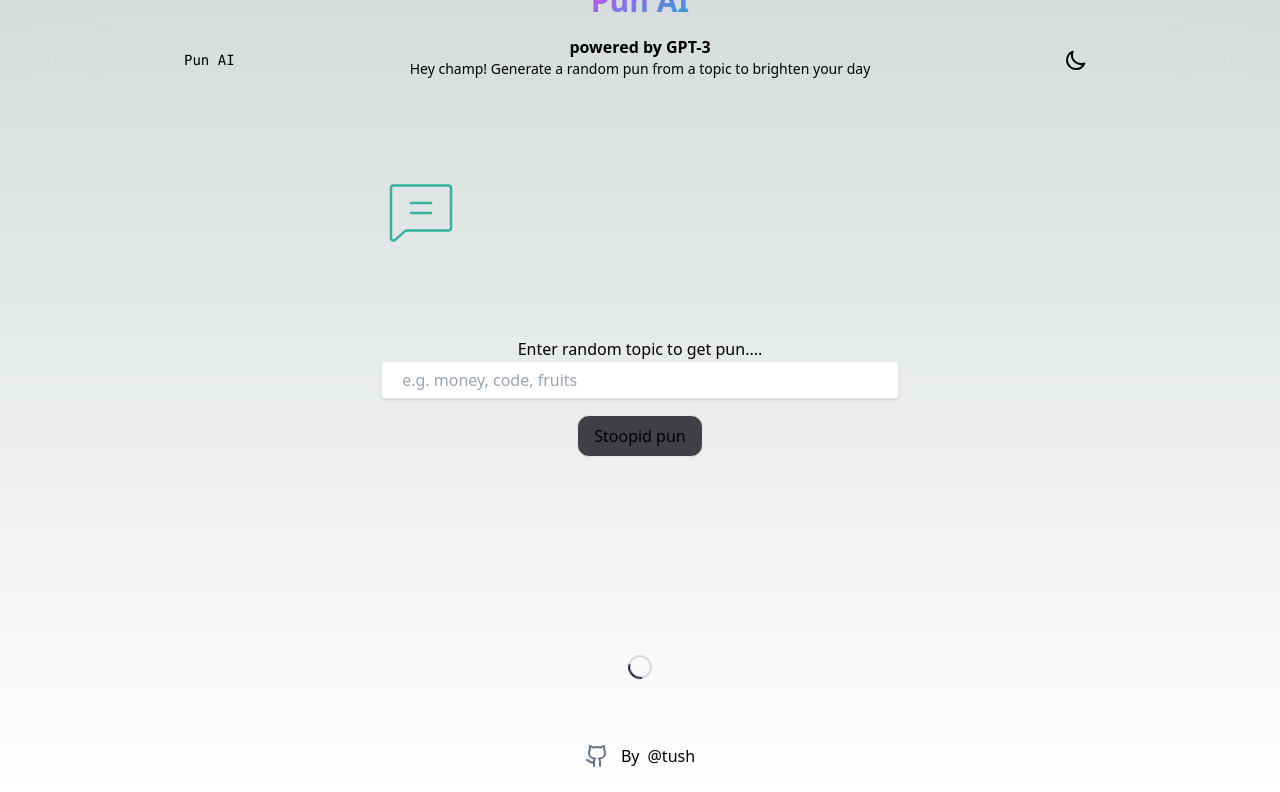
Repository: tushcmd/next-puns-ai
Page: /
These files come from the project's save history. The page is drawn as it stood at one moment and after the next save; the edit follows.
The browser window is 1280 px wide. The pictures show the whole page.
The project was rebuilt for these pictures with package versions that can differ from the ones it lists, and the page was loaded fresh each time. The framework's server and built-in components were replaced by stand-ins that run in the browser. Also part of the build but not shown: next.config.mjs.

Above is the page before, as saved 2024-03-10 03:23:40.

### app/layout.tsx
import type { Metadata } from "next";
import { Inter } from "next/font/google";
import "./globals.css";
import { Providers } from './components/providers'

const inter = Inter({ subsets: ["latin"] });

export const metadata: Metadata = {
  title: "Create Next App",
  description: "Generated by create next app",
};

export default function RootLayout({
  children,
}: Readonly<{
  children: React.ReactNode;
}>) {
  return (
    <html lang="en">
      <body className={`bg-background text-color {inter.className} w-full overflow-y-visible overflow-x-hidden`}>
        <Providers>
          {children}
        </Providers>

      </body>
    </html>
  );
}

### app/page.tsx
import Footer from "./components/footer";
import Header from "./components/header";
import Hero from "./components/hero";



export default function Home() {

  return (
    <main className="flex min-h-screen flex-col items-center">
      <Header />
      <Hero />
      <Footer />
    </main>
  );
}



 {/* async function handleSubmit(e: FormEvent:<HTMLFormElement>) {
    return ;
  }    */}

{/*Nav*/}
{/*
      <div className="z-10 max-w-5xl w-full items-center justify-between font-mono text-sm lg:flex">
        <p className="fixed left-0 top-0 flex w-full justify-center border-b border-gray-300 bg-gradient-to-b from-zinc-200 py-2 backdrop-blur-2xl dark:border-neutral-800 dark:bg-zinc-800/30 dark:from-inherit lg:static lg:w-auto  lg:rounded-xl lg:border lg:bg-gray-200 lg:p-0 lg:dark:bg-zinc-800/30">
          Pun AI
        </p>

        <div className="fixed bottom-0 left-0 flex h-48 w-full items-end justify-center bg-gradient-to-t from-white via-white dark:from-black dark:via-black lg:static lg:h-auto lg:w-auto lg:bg-none">
          {/*<div>
            Dak
       </div>
          <a
            className="pointer-events-none flex place-items-center gap-2 p-8 lg:pointer-events-auto lg:p-0"
            href="https://tushdev.co/"
            target="_blank"
            rel="noopener noreferrer"
          >
            By{" "}
            <p>@tush</p>
          </a>
        </div>
      </div>

      <div className="relative flex flex-col place-items-center before:absolute before:h-[300px] before:w-full sm:before:w-[480px] before:-translate-x-1/2 before:rounded-full before:bg-gradient-radial before:from-white before:to-transparent before:blur-2xl before:content-[''] after:absolute after:-z-20 after:h-[180px] after:w-full sm:after:w-[240px] after:translate-x-1/3 after:bg-gradient-conic after:from-sky-200 after:via-blue-200 after:blur-2xl after:content-[''] before:dark:bg-gradient-to-br before:dark:from-transparent before:dark:to-blue-700 before:dark:opacity-10 after:dark:from-sky-900 after:dark:via-[#0141ff] after:dark:opacity-40 before:lg:h-[360px] z-[-1]">
        <p className="p-4 lg:pb-8 text-xl">
          Generate a random pun from a topic to brighten your day <br /> with Pun AI
        </p>
        <svg
          xmlns="http://www.w3.org/2000/svg"
          width="156"
          height="156"
          viewBox="0 0 24 24"
          fill="none"
          stroke="#FFFFFF"
          stroke-width="2"
          stroke-linecap="round"
          stroke-linejoin="round"
          className="lucide lucide-smile"><circle cx="12" cy="12" r="10" /><path d="M8 14s1.5 2 4 2 4-2 4-2" /><line x1="9" x2="9.01" y1="9" y2="9" /><line x1="15" x2="15.01" y1="9" y2="9"
          />
        </svg>
      </div>

      <form className="flex flex-col justify-between mb-32 text-center lg:max-w-3xl lg:w-full lg:mb-0 lg:grid-cols-4">
        <div className='w-full mb-4'>
          <label className="block items-center justify-center mb-4" htmlFor="prompt-input">
            Enter random topic to get pun...
          </label>
          <input
            className="shadow appearance-none border rounded w-full py-2 px-3 text-gray-700 leading-tight focus:outline-none focus:shadow-outline"
            id="prompt-input"
            type="text"
            placeholder="e.g. money, code, fruits">
          </input>
        </div>
        <button
          type="submit"
          className="bg-blue-500 hover:bg-blue-700 text-white font-bold py-2 px-4 rounded focus:outline-none focus:shadow-outline"
        >
          Generate Pun
        </button>
      </form> */}

### app/globals.css
@tailwind base;
@tailwind components;
@tailwind utilities;


@layer base {
  :root {
    --foreground-rgb: 0, 0, 0;
    --background-start-rgb: 214, 219, 220;
    --background-end-rgb: 255, 255, 255;
  }

  [data-theme="dark"] {
    --foreground-rgb: 255, 255, 255;
    --background-start-rgb: 0, 0, 0;
    --background-end-rgb: 0, 0, 0;
  }


}


* {
  scroll-behavior: smooth;
}


body {
  color: rgb(var(--foreground-rgb));
  background: linear-gradient(
      to bottom,
      transparent,
      rgb(var(--background-end-rgb))
    )
    rgb(var(--background-start-rgb));
}

@layer utilities {
  .text-balance {
    text-wrap: balance;
  }
}

### app/components/providers.tsx
// app/providers.jsx

'use client'

import { ThemeProvider } from 'next-themes'
import React from 'react'

interface ProvidersProps {
  children: React.ReactNode;
}

export function Providers({ children }: ProvidersProps) {
  return <ThemeProvider>{children}</ThemeProvider>
}

### app/components/footer.tsx
import Link from "next/link";


export default function Footer() {
    return (
        <div className="inline-flex p-6 max-w-3xl gap-3 items-center text-center">
            <div>
                <Link
                    href="https://github.com/tushcmd/next-puns-ai"
                    target="_blank"
                    rel="noreferrer"
                    className="text-gray-500 hover:text-gray-900 dark:text-gray-400 dark:hover:text-gray-200"
                >
                    <svg xmlns="http://www.w3.org/2000/svg" width="24" height="24" viewBox="0 0 24 24" fill="none" stroke="currentColor" stroke-width="2" stroke-linecap="round" stroke-linejoin="round" className="lucide lucide-github"><path d="M15 22v-4a4.8 4.8 0 0 0-1-3.5c3 0 6-2 6-5.5.08-1.25-.27-2.48-1-3.5.28-1.15.28-2.35 0-3.5 0 0-1 0-3 1.5-2.64-.5-5.36-.5-8 0C6 2 5 2 5 2c-.3 1.15-.3 2.35 0 3.5A5.403 5.403 0 0 0 4 9c0 3.5 3 5.5 6 5.5-.39.49-.68 1.05-.85 1.65-.17.6-.22 1.23-.15 1.85v4" /><path d="M9 18c-4.51 2-5-2-7-2" /></svg>
                </Link>
            </div>
            <Link
                className="pointer-events-none flex place-items-center gap-2 px-8 lg:pointer-events-auto lg:p-0"
                href="https://tushdev.co/"
                target="_blank"
                rel="noopener noreferrer"
            >
                By{" "}
                <p>@tush</p>
            </Link>

        </div>
    )
}

### app/components/header.tsx
import Link from "next/link";
import ThemeSwitchButton from "./ThemeSwitchButton";

export default function Header() {
    return (
        <header className="fixed flex justify-center items-center w-full t-0 md:pb-4 md:pt-4 backdrop-blur-2xl">
            <div className="flex flex-row items-center w-full p-6 md:max-w-5xl justify-between font-mono text-sm">
                <Link
                    className="px-2 md:px-8"
                    href='/'
                >
                    Pun AI
                </Link>

                <div className="px-2 md:px-8">
                    <ThemeSwitchButton />
                </div>
            </div>
        </header>


    );
}

### app/components/hero.tsx
'use client'

import { useState, FormEvent } from "react";
import Spinner from "./Spinner";

export default function Hero() {
    const [prompt, setPrompt] = useState(""); // Declare the prompt variable

    const [pun, setPun] = useState("");
    const [punLoading, setPunLoading] = useState(true);
    const [punLoadingError, setPunLoadingError] = useState(false);

    async function handleSubmit(e: FormEvent<HTMLFormElement>) {
        e.preventDefault();
        const formData = new FormData(e.target as HTMLFormElement);
        const prompt = formData.get("prompt")?.toString().trim();

        if (prompt) {
            try {
                setPun("");
                setPunLoadingError(false);
                setPunLoading(true);

                const response = await fetch(
                    "/api/pun?prompt`=" + encodeURIComponent(prompt)
                );

                const body = await response.json();
                setPun(pun);
            } catch (error) {
                console.error(error);
                setPunLoadingError(true);
            } finally {
                setPunLoading(false);
            }
        }
    }

    return (
        <div className="flex flex-col relative justify-center items-center h-screen md:py-10 py-6 overflow-wrap max-w-3xl px-5">
            <p className="text-3xl font-bold pb-4 bg-gradient-to-br from-fuchsia-500 to-cyan-500 bg-clip-text text-transparent">
                Pun AI
            </p>
            <p className="text-base font-bold">powered by GPT-3</p>
            <div className="text-sm">
                Hey champ! Generate a random pun from a topic to brighten your day
            </div>
            <div className="mx-[2rem] relative w-full flex items-center aspect-[10/5]">
                <svg
                    xmlns="http://www.w3.org/2000/svg"
                    width="80"
                    height="80"
                    fill="#34b29b"
                    viewBox="0 0 256 256"
                >
                    <path d="M216,52H40A12,12,0,0,0,28,64V224a11.89,11.89,0,0,0,6.93,10.88A12.17,12.17,0,0,0,40,236a11.89,11.89,0,0,0,7.69-2.83l.06-.06,32.14-28.17A4,4,0,0,1,82.5,204H216a12,12,0,0,0,12-12V64A12,12,0,0,0,216,52Zm4,140a4,4,0,0,1-4,4H82.5a12.1,12.1,0,0,0-7.79,2.87l-32.16,28.2A4,4,0,0,1,36,224V64a4,4,0,0,1,4-4H216a4,4,0,0,1,4,4Zm-56-80a4,4,0,0,1-4,4H96a4,4,0,0,1,0-8h64A4,4,0,0,1,164,112Zm0,32a4,4,0,0,1-4,4H96a4,4,0,0,1,0-8h64A4,4,0,0,1,164,144Z"></path>
                </svg>
            </div>
            <form onSubmit={handleSubmit} className="flex flex-col mb-32 text-center items-center">
                <div className="mb-4">
                    <label className="pb-8">Enter random topic to get pun....</label>
                    <input
                        value={prompt}
                        onChange={(e) => setPrompt(e.target.value)} // Update the prompt value
                        className="shadow appearance-none border rounded w-full py-2 px-5 bg-white text-black dark:text-white leading-tight focus:outline-none focus:shadow-outline"
                        id="prompt-input"
                        type="text"
                        placeholder="e.g. money, code, fruits"
                    ></input>
                </div>
                <button
                    type="submit"
                    className="mb-3 border static rounded-xl bg-zinc-700 py-2 px-4 hover:bg-zinc-400 dark:bg-white"
                    disabled={punLoading}
                >
                    Stoopid pun
                </button>
            </form>

            {punLoading && <Spinner />}
            {punLoadingError && "Something went wrong. Please try again."}
            {pun && <h5>{pun}</h5>}
        </div>
    );
}

### app/components/ThemeSwitchButton.tsx
'use client'

import { useEffect, useState } from 'react';
import { useTheme } from 'next-themes';

export default function ThemeSwitchButton() {
    const [mounted, setMounted] = useState(false);
    const { resolvedTheme, setTheme } = useTheme();
    // After mounting, we have access to the theme
    useEffect(() => setMounted(true), []);

    return (

        <button
            aria-label="Toggle Dark Mode"
            type="button"
            className="w-10 h-10 flex items-center justify-center hover:bg-neutral-200 hover:dark:bg-neutral-600 rounded-full transition-all"
            onClick={() =>
                setTheme(resolvedTheme === "dark" ? "light" : "dark")
            }
        >
            {mounted && (
                <svg xmlns="http://www.w3.org/2000/svg"
                    fill="none"
                    viewBox="0 0 24 24"
                    strokeWidth="1.5"
                    stroke="currentColor"
                    className="w-6 h-6 switch">

                    {resolvedTheme === "dark" ? (
                        <path
                            strokeLinecap="round"
                            strokeLinejoin="round"
                            strokeWidth={2}
                            d="M12 3v1m0 16v1m9-9h-1M4 12H3m15.364 6.364l-.707-.707M6.343 6.343l-.707-.707m12.728 0l-.707.707M6.343 17.657l-.707.707M16 12a4 4 0 11-8 0 4 4 0 018 0z"
                        />

                    ) : (
                        <path
                            strokeLinecap="round"
                            strokeLinejoin="round"
                            strokeWidth={2}
                            d="M20.354 15.354A9 9 0 018.646 3.646 9.003 9.003 0 0012 21a9.003 9.003 0 008.354-5.646z"
                        />

                    )}
                </svg>
            )
            }
        </button >

    )
}

### app/components/Spinner.tsx
export default function Spinner() {
    return (
        <div className="grid min-h-[140px] w-full place-items-center overflow-x-scroll rounded-lg p-6 lg:overflow-visible">
            <svg className="text-gray-300 animate-spin" viewBox="0 0 64 64" fill="none" xmlns="http://www.w3.org/2000/svg"
                width="24" height="24">
                <path
                    d="M32 3C35.8083 3 39.5794 3.75011 43.0978 5.20749C46.6163 6.66488 49.8132 8.80101 52.5061 11.4939C55.199 14.1868 57.3351 17.3837 58.7925 20.9022C60.2499 24.4206 61 28.1917 61 32C61 35.8083 60.2499 39.5794 58.7925 43.0978C57.3351 46.6163 55.199 49.8132 52.5061 52.5061C49.8132 55.199 46.6163 57.3351 43.0978 58.7925C39.5794 60.2499 35.8083 61 32 61C28.1917 61 24.4206 60.2499 20.9022 58.7925C17.3837 57.3351 14.1868 55.199 11.4939 52.5061C8.801 49.8132 6.66487 46.6163 5.20749 43.0978C3.7501 39.5794 3 35.8083 3 32C3 28.1917 3.75011 24.4206 5.2075 20.9022C6.66489 17.3837 8.80101 14.1868 11.4939 11.4939C14.1868 8.80099 17.3838 6.66487 20.9022 5.20749C24.4206 3.7501 28.1917 3 32 3L32 3Z"
                    stroke="currentColor" stroke-width="5" stroke-linecap="round" stroke-linejoin="round"></path>
                <path
                    d="M32 3C36.5778 3 41.0906 4.08374 45.1692 6.16256C49.2477 8.24138 52.7762 11.2562 55.466 14.9605C58.1558 18.6647 59.9304 22.9531 60.6448 27.4748C61.3591 31.9965 60.9928 36.6232 59.5759 40.9762"
                    stroke="currentColor" stroke-width="5" stroke-linecap="round" stroke-linejoin="round" className="text-gray-900">
                </path>
            </svg>
        </div>
    )
}

### tailwind.config.ts
import type { Config } from "tailwindcss";

const config: Config = {
  darkMode: "class",
  content: [
    "./pages/**/*.{js,ts,jsx,tsx,mdx}",
    "./components/**/*.{js,ts,jsx,tsx,mdx}",
    "./app/**/*.{js,ts,jsx,tsx,mdx}",
  ],
  theme: {
    extend: {
      backgroundImage: {
        "gradient-radial": "radial-gradient(var(--tw-gradient-stops))",
        "gradient-conic":
          "conic-gradient(from 180deg at 50% 50%, var(--tw-gradient-stops))",
      },

      screens: {
        sm: '480px',
        md: '768px',
        lg: '976px',
        xl: '1440px',
      },
    },
  },
  plugins: [],
};
export default config;

After the next save:
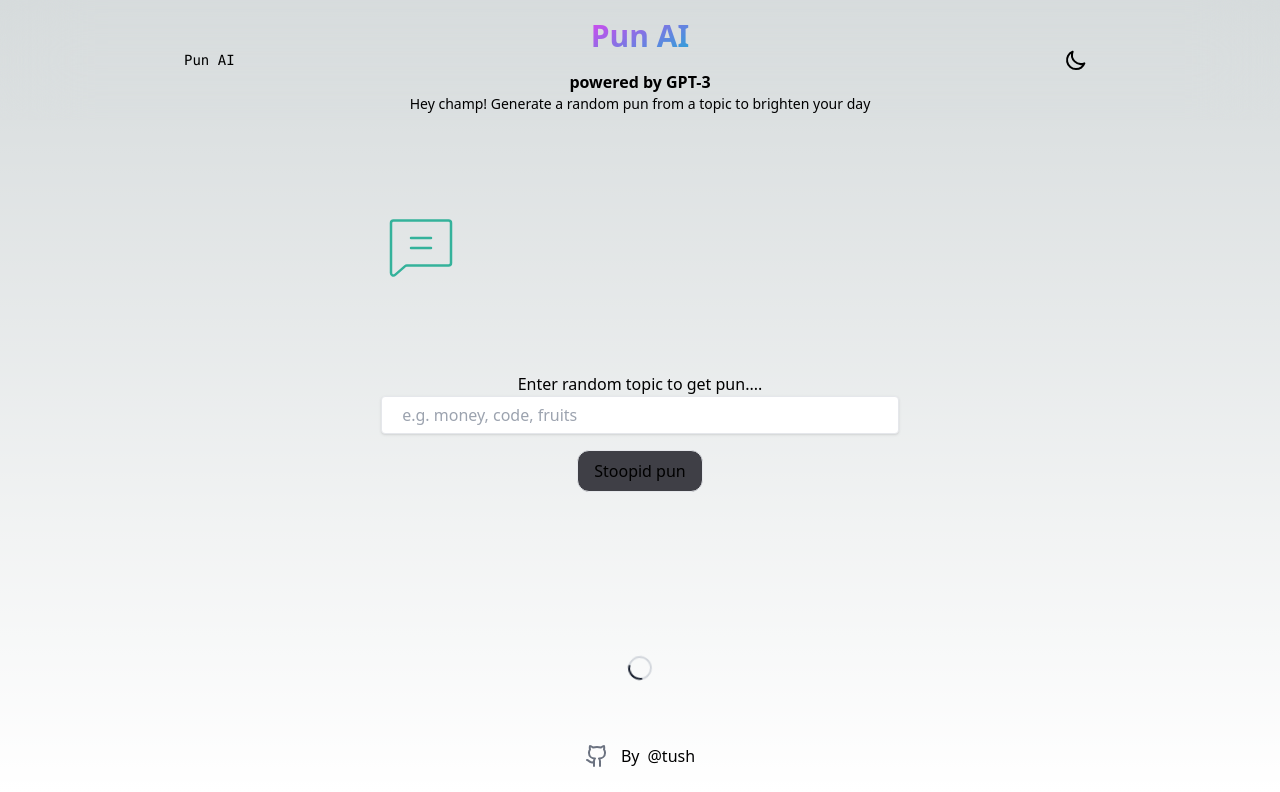
Saved 5 min 9 s later.
--- a/app/components/Spinner.tsx
+++ b/app/components/Spinner.tsx
@@ -1,6 +1,6 @@
 export default function Spinner() {
     return (
-        <div className="grid min-h-[140px] w-full place-items-center overflow-x-scroll rounded-lg p-6 lg:overflow-visible">
+        <div className="grid min-h-[70px] w-full place-items-center overflow-x-scroll rounded-lg p-6 lg:overflow-visible">
             <svg className="text-gray-300 animate-spin" viewBox="0 0 64 64" fill="none" xmlns="http://www.w3.org/2000/svg"
                 width="24" height="24">
                 <path

After the save that followed:
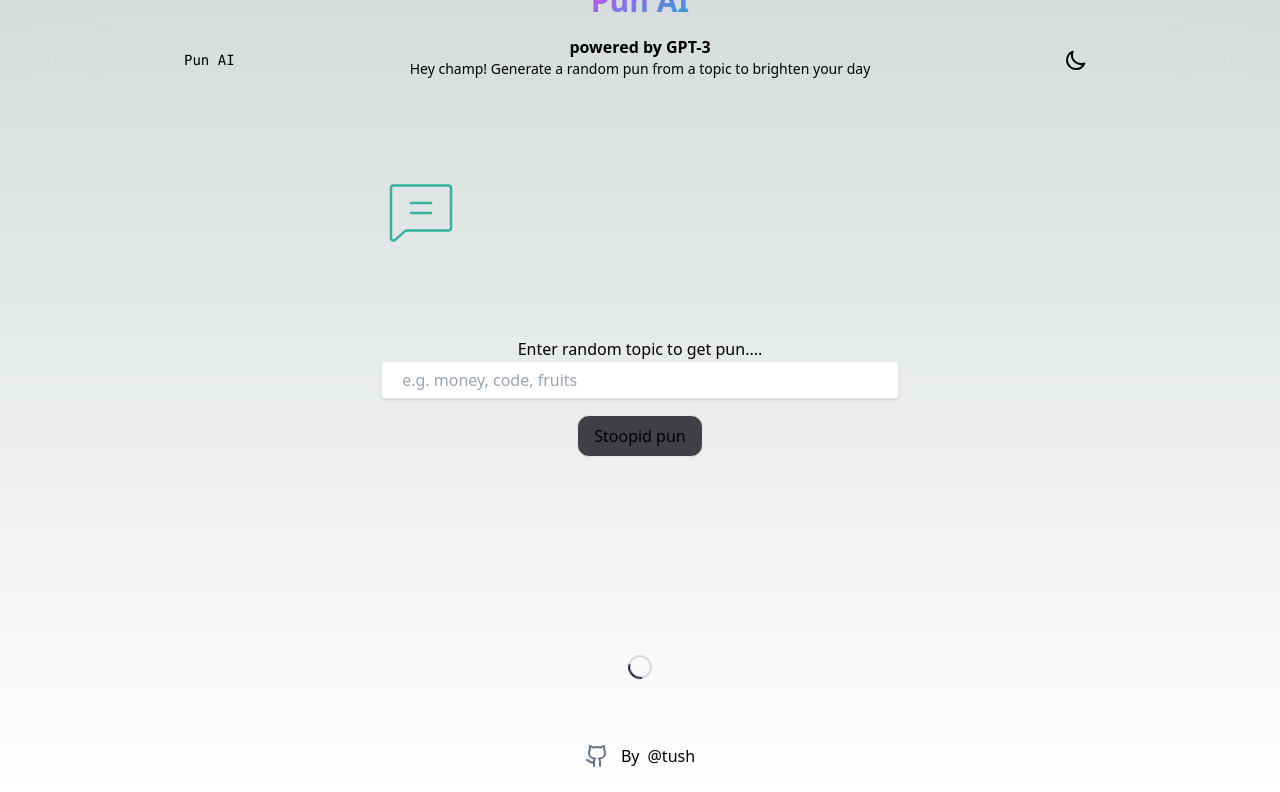
Saved 24 s later.
--- a/app/components/Spinner.tsx
+++ b/app/components/Spinner.tsx
@@ -1,6 +1,6 @@
 export default function Spinner() {
     return (
-        <div className="grid min-h-[70px] w-full place-items-center overflow-x-scroll rounded-lg p-6 lg:overflow-visible">
+        <div className="grid min-h-[140px] w-full place-items-center overflow-x-scroll rounded-lg p-6 lg:overflow-visible">
             <svg className="text-gray-300 animate-spin" viewBox="0 0 64 64" fill="none" xmlns="http://www.w3.org/2000/svg"
                 width="24" height="24">
                 <path
